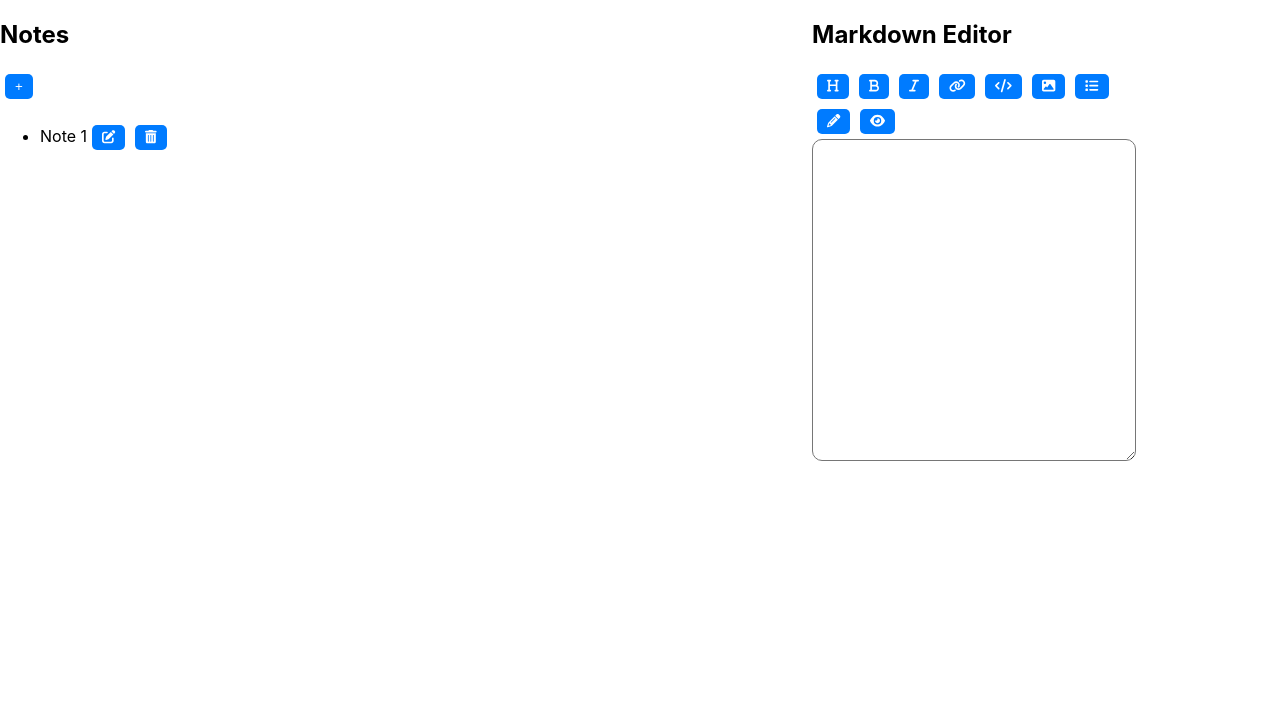
Repository: sriram1224/markdown_editor
Page: /
The author's editor kept a copy of each file at every save. The page is drawn from the files as they stood at one save, then again after the next save.
The browser window is 1280 px wide. The pictures show the whole page.
The project was rebuilt for these pictures with package versions that can differ from the ones it lists, and the page was loaded fresh each time.

Above is the page before, as saved 2024-04-22 23:11:38.

### src/App.js
import "./App.css";
import MarkdownEditor from './Components/Markdown';
function App() {
  return (
    <div>
     <MarkdownEditor />
    </div>
  );
}

export default App;

### src/App.css
.markdown-editor {
  display: flex;
  justify-content: space-between;
}

.notes-section {

  background-color: #f5f5f5;
  padding: 20px;
  border-radius: 10px;
}

.notes-section h2 {
  color: #333;
}

.notes-section ul {
  list-style-type: none;
  padding: 0;
}
.textarea{
  width: 100%;
  height: 300px;
  border-radius: 10px;
  padding: 10px;
  font-size: 16px;

}

.notes-section ul li {
  margin: 10px 0;
}
.container{
  display: flex;
  width: 100%;
  gap: 40rem;
}
.editor-section {

  background-color: #f5f5f5;
  padding: 20px;
  border-radius: 10px;
}

.editor-section h2 {
  color: #333;
}

.editor-section textarea {
  width: 100%;
  height: 300px;
  border-radius: 10px;
  padding: 10px;
  font-size: 16px;
}

button {
  margin: 5px;
  padding: 5px 10px;
  border: none;
  border-radius: 5px;
  background-color: #007bff;
  color: white;
  cursor: pointer;
}

button:hover {
  background-color: #0056b3;
}

### src/Components/Markdown.js
import React, { useState, useRef } from 'react';
import ReactMarkdown from 'react-markdown';
import { FontAwesomeIcon } from '@fortawesome/react-fontawesome';
import { faHeading, faBold, faItalic, faLink, faCode, faImage, faList, faEdit, faTrashAlt, faEye, faPencilAlt } from '@fortawesome/free-solid-svg-icons';


const MarkdownEditor = () => {
  const [notes, setNotes] = useState([{ id: 1, content: '' }]);
  const [currentNoteId, setCurrentNoteId] = useState(1);
  const [markdownContent, setMarkdownContent] = useState('');
  const [showEditor, setShowEditor] = useState(true);

  const textareaRef = useRef();

  const handleNoteAdd = () => {
    const newNoteId = (notes[notes.length - 1]?.id || 0) + 1;
    setNotes([...notes, { id: newNoteId, content: '' }]);
    setCurrentNoteId(newNoteId);
    setMarkdownContent('');
    setShowEditor(true);
  };

  const handleNoteChange = (id, content) => {
    const updatedNotes = notes.map((note) =>
      note.id === id ? { ...note, content } : note
    );
    setNotes(updatedNotes);
  };

  const handleEditorChange = (content) => {
    setMarkdownContent(content);
    handleNoteChange(currentNoteId, content);
  };

  const handleNoteClick = (id) => {
    const note = notes.find(note => note.id === id);
    if (note) {
      setCurrentNoteId(id);
      setMarkdownContent(note.content);
      setShowEditor(true);
    }
  };

  const handleMarkdownFeatureClick = (feature) => {
    const markdownSnippet = {
      heading: '# heading\n',
      bold: '**bold text**\n',
      italic: '*italic text*\n',
      link: '[link text](http://example.com)\n',
      code: '`code`\n',
      image: '![alt text](image.jpg)\n',
      list: '- list item\n',
    }[feature];

    const cursorPosition = textareaRef.current.selectionStart;
    const newMarkdownContent = [
      markdownContent.slice(0, cursorPosition),
      markdownSnippet,
      markdownContent.slice(cursorPosition),
    ].join('');

    setMarkdownContent(newMarkdownContent);
    handleNoteChange(currentNoteId, newMarkdownContent);
  };

  const handleNoteDelete = (id) => {
    setNotes(notes.filter(note => note.id !== id));
    if (id === currentNoteId) {
      setCurrentNoteId(null);
      setMarkdownContent('');
      setShowEditor(false);
    }
  };

  return (
    <div className="container">
      <div className="notes-container">
              <div>
              <h2>Notes</h2>
        <button className="button" onClick={handleNoteAdd}>+</button>

              </div><ul>
          {notes.map((note) => (
            <li key={note.id}>
              Note {note.id}
              <button className="button" onClick={() => handleNoteClick(note.id)}><FontAwesomeIcon icon={faEdit} /></button>
              <button className="button" onClick={() => handleNoteDelete(note.id)}><FontAwesomeIcon icon={faTrashAlt} /></button>
            </li>
          ))}
        </ul>
      </div>
      <div className="markdown-container">
        <h2>Markdown Editor</h2>
        <div>
          <button className="button" onClick={() => handleMarkdownFeatureClick('heading')}><FontAwesomeIcon icon={faHeading} /></button>
          <button className="button" onClick={() => handleMarkdownFeatureClick('bold')}><FontAwesomeIcon icon={faBold} /></button>
          <button className="button" onClick={() => handleMarkdownFeatureClick('italic')}><FontAwesomeIcon icon={faItalic} /></button>
          <button className="button" onClick={() => handleMarkdownFeatureClick('link')}><FontAwesomeIcon icon={faLink} /></button>
          <button className="button" onClick={() => handleMarkdownFeatureClick('code')}><FontAwesomeIcon icon={faCode} /></button>
          <button className="button" onClick={() => handleMarkdownFeatureClick('image')}><FontAwesomeIcon icon={faImage} /></button>
          <button className="button" onClick={() => handleMarkdownFeatureClick('list')}><FontAwesomeIcon icon={faList} /></button>
        </div>
        <div>
          <button className="button" onClick={() => setShowEditor(true)}><FontAwesomeIcon icon={faPencilAlt} /></button>
          <button className="button" onClick={() => setShowEditor(false)}><FontAwesomeIcon icon={faEye} /></button>
        </div>
        {showEditor ? (
          <textarea
            ref={textareaRef}
            value={markdownContent}
            onChange={(e) => handleEditorChange(e.target.value)}
            className="textarea"
          />
        ) : (
          <ReactMarkdown className="markdown-content">{markdownContent}</ReactMarkdown>
        )}
      </div>
    </div>
  );
};

export default MarkdownEditor;

Loaded but not shown: public/index.html (common file); src/index.js (common file); src/index.css (common file); src/reportWebVitals.js (common file)

After the next save:
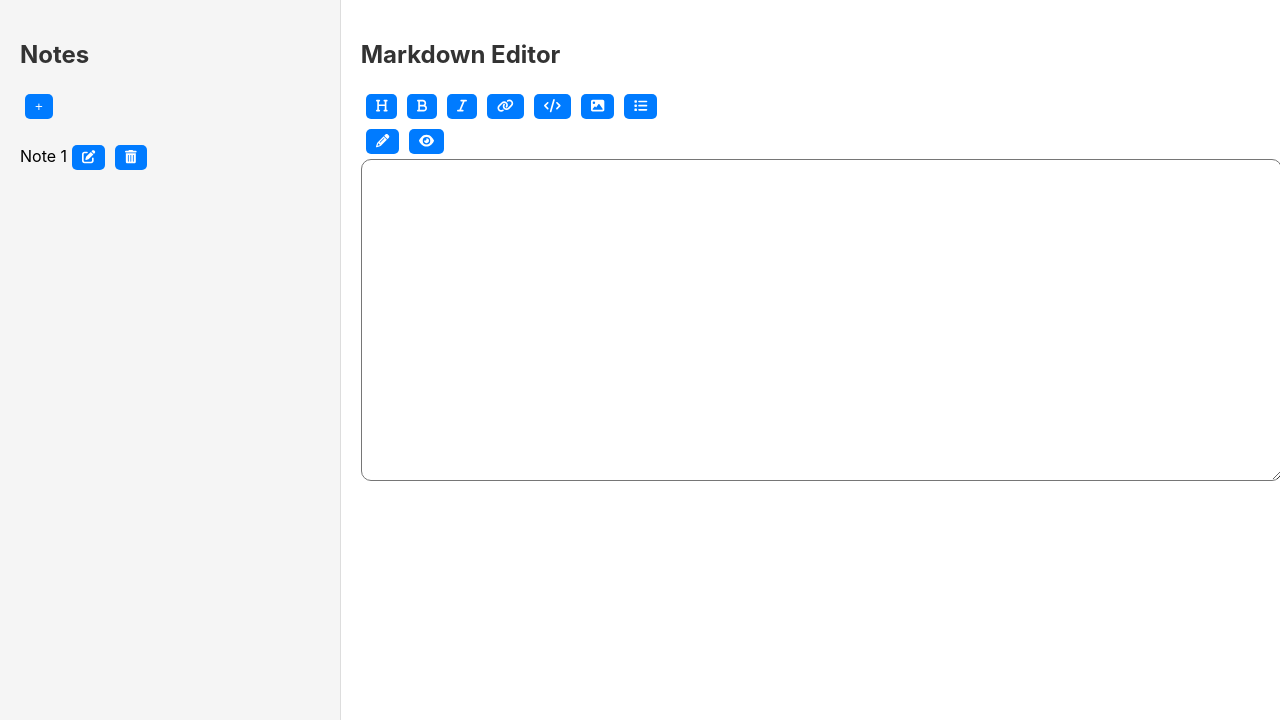
Saved 4 min 1 s later.
--- a/src/App.css
+++ b/src/App.css
@@ -1,52 +1,41 @@
-.markdown-editor {
+.container {
   display: flex;
-  justify-content: space-between;
+  height: 100vh;
 }
 
-.notes-section {
-
+.notes-container {
+  width: 25%;
   background-color: #f5f5f5;
   padding: 20px;
-  border-radius: 10px;
+  border-right: 1px solid #ddd;
+  overflow-y: auto;
 }
 
-.notes-section h2 {
+.notes-container h2 {
   color: #333;
 }
 
-.notes-section ul {
+.notes-container ul {
   list-style-type: none;
   padding: 0;
 }
-.textarea{
-  width: 100%;
-  height: 300px;
-  border-radius: 10px;
-  padding: 10px;
-  font-size: 16px;
 
+.notes-container ul li {
+  margin: 10px 0;
 }
 
-.notes-section ul li {
-  margin: 10px 0;
-}
-.container{
-  display: flex;
-  width: 100%;
-  gap: 40rem;
-}
-.editor-section {
-
-  background-color: #f5f5f5;
+.markdown-container {
+  width: 75%;
+  background-color: #fff;
   padding: 20px;
-  border-radius: 10px;
+  overflow-y: auto;
 }
 
-.editor-section h2 {
+.markdown-container h2 {
   color: #333;
 }
 
-.editor-section textarea {
+.markdown-container textarea {
   width: 100%;
   height: 300px;
   border-radius: 10px;
@@ -54,7 +43,7 @@
   font-size: 16px;
 }
 
-button {
+.button {
   margin: 5px;
   padding: 5px 10px;
   border: none;
@@ -64,6 +53,6 @@ button {
   cursor: pointer;
 }
 
-button:hover {
+.button:hover {
   background-color: #0056b3;
 }
